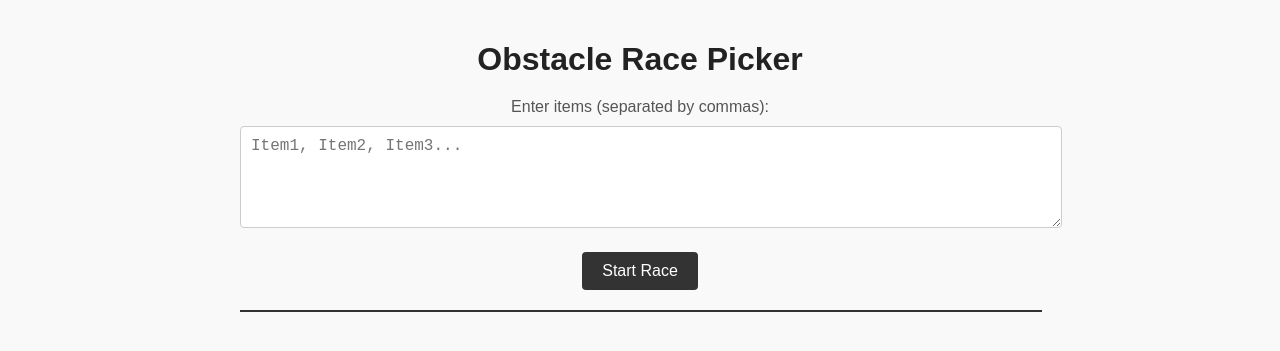
Repository: Anarchyve/race-picker
Page: index.html
These files come from the project's save history. The page is drawn as it stood at one moment and after the next save; the edit follows.
The browser window is 1280 px wide. The pictures show the whole page.

Above is the page before, as saved 2024-11-17 19:51:42.

### index.html
<!DOCTYPE html>
<html lang="en">
<head>
    <meta charset="UTF-8">
    <meta name="viewport" content="width=device-width, initial-scale=1.0">
    <title>Responsive Obstacle Race</title>
    <link rel="stylesheet" href="styles.css">
</head>
<body>
    <div class="container">
        <h1>Obstacle Race Picker</h1>
        <p>Enter items (separated by commas):</p>
        <textarea id="items" placeholder="Item1, Item2, Item3..."></textarea>
        <button onclick="startRace()">Start Race</button>
        <div id="race-track"></div>
        <div id="result"></div>
    </div>
    <script src="script.js"></script>
</body>
</html>

### styles.css
/* 전체적인 Reset */
body {
    margin: 0;
    font-family: 'Arial', sans-serif;
    color: #333;
    background-color: #f9f9f9;
    display: flex;
    justify-content: center;
    align-items: flex-start; /* 상단 정렬로 수정 */
    min-height: 100vh; /* 최소 높이 설정 */
    overflow: auto; /* 스크롤 활성화 */
}

.container {
    width: 80%;
    max-width: 800px;
    text-align: center;
    margin-top: 20px; /* 화면 상단과의 여백 추가 */
}

h1 {
    font-size: 2rem;
    margin-bottom: 20px;
    color: #222;
}

p {
    font-size: 1rem;
    margin-bottom: 10px;
    color: #555;
}

textarea {
    width: 100%;
    height: 80px;
    margin-bottom: 20px;
    padding: 10px;
    font-size: 16px;
    border: 1px solid #ccc;
    border-radius: 4px;
    background-color: #fff;
    color: #333;
}

button {
    padding: 10px 20px;
    font-size: 16px;
    border: none;
    border-radius: 4px;
    background-color: #333;
    color: #fff;
    cursor: pointer;
    transition: background 0.3s ease;
}

button:hover {
    background-color: #555;
}

#race-track {
    position: relative;
    width: 100%;
    background-color: #eaeaea;
    border: 1px solid #333;
    overflow: hidden;
    margin: 20px 0;
}

.runner {
    border-radius: 50%;
    position: absolute;
    background-color: #333;
    color: #fff;
    display: flex;
    justify-content: center;
    align-items: center;
    font-size: 2rem;
    font-weight: bold;
    text-align: center;
}

#result {
    font-size: 1.2rem;
    margin-top: 20px;
    color: #444;
}

### script.js
function startRace() {
    const raceTrack = document.getElementById('race-track');
    const resultDiv = document.getElementById('result');
    const items = document.getElementById('items').value.split(',').map(item => item.trim());

    if (items.length < 2) {
        alert('Please enter at least 2 items!');
        return;
    }

    // Clear previous race track and results
    raceTrack.innerHTML = '';
    resultDiv.textContent = '';

    // Adjust race track height dynamically
    const runnerHeight = Math.max(40, Math.min(100, raceTrack.clientWidth / items.length)); // Dynamic height
    raceTrack.style.height = `${runnerHeight * items.length}px`;

    // Create runners
    const runners = items.map((item, index) => {
        const runner = document.createElement('div');
        runner.className = 'runner';
        runner.textContent = item;

        // Dynamically adjust runner size and position
        runner.style.width = `${runnerHeight}px`;
        runner.style.height = `${runnerHeight}px`;
        runner.style.lineHeight = `${runnerHeight}px`;
        runner.style.left = '0px';
        runner.style.bottom = `${index * runnerHeight}px`;

        raceTrack.appendChild(runner);
        return { element: runner, position: 0, name: item };
    });

    // Adjust speed and interval
    const speedFactor = 5;
    const intervalTime = 50;

    // Start the race
    let raceInterval = setInterval(() => {
        runners.forEach(runner => {
            runner.position += Math.random() * speedFactor;
            runner.element.style.left = `${runner.position}px`;

            if (runner.position >= raceTrack.clientWidth - runnerHeight) {
                clearInterval(raceInterval);
                resultDiv.innerHTML = `<h2>🎉 Winner: ${runner.name} 🎉</h2>`;
            }
        });
    }, intervalTime);
}

After the next save:
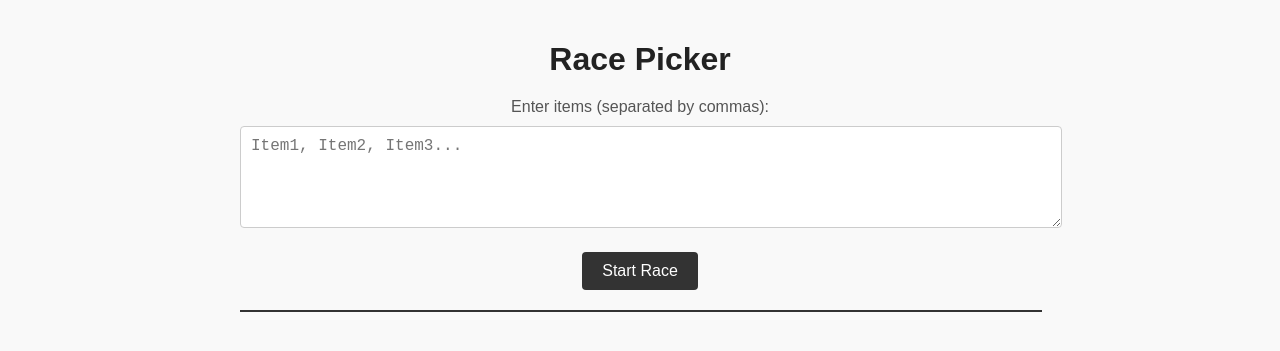
Saved 101 s later.
--- a/index.html
+++ b/index.html
@@ -3,12 +3,12 @@
 <head>
     <meta charset="UTF-8">
     <meta name="viewport" content="width=device-width, initial-scale=1.0">
-    <title>Responsive Obstacle Race</title>
+    <title>Race picker</title>
     <link rel="stylesheet" href="styles.css">
 </head>
 <body>
     <div class="container">
-        <h1>Obstacle Race Picker</h1>
+        <h1>Race Picker</h1>
         <p>Enter items (separated by commas):</p>
         <textarea id="items" placeholder="Item1, Item2, Item3..."></textarea>
         <button onclick="startRace()">Start Race</button>
